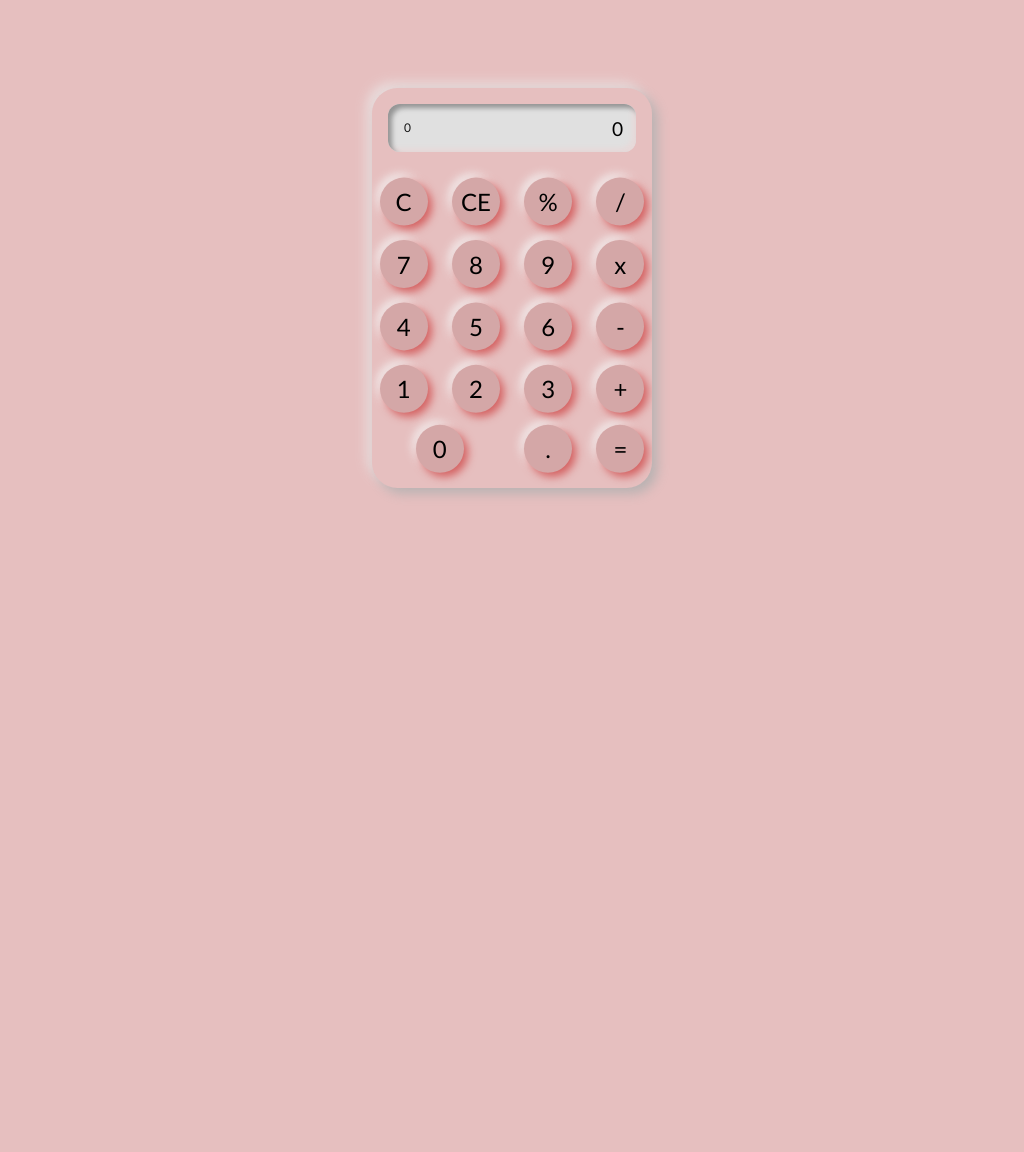
Repository: Goldmyn/Calculator
Page: index.html
These files come from the project's save history. The page is drawn as it stood at one moment and after the next save; the edit follows.
The browser window is 1280 px wide. The pictures show the whole page, at 80% of full size.

Above is the page before, as saved 2022-09-28 04:32:16.

After the next save:
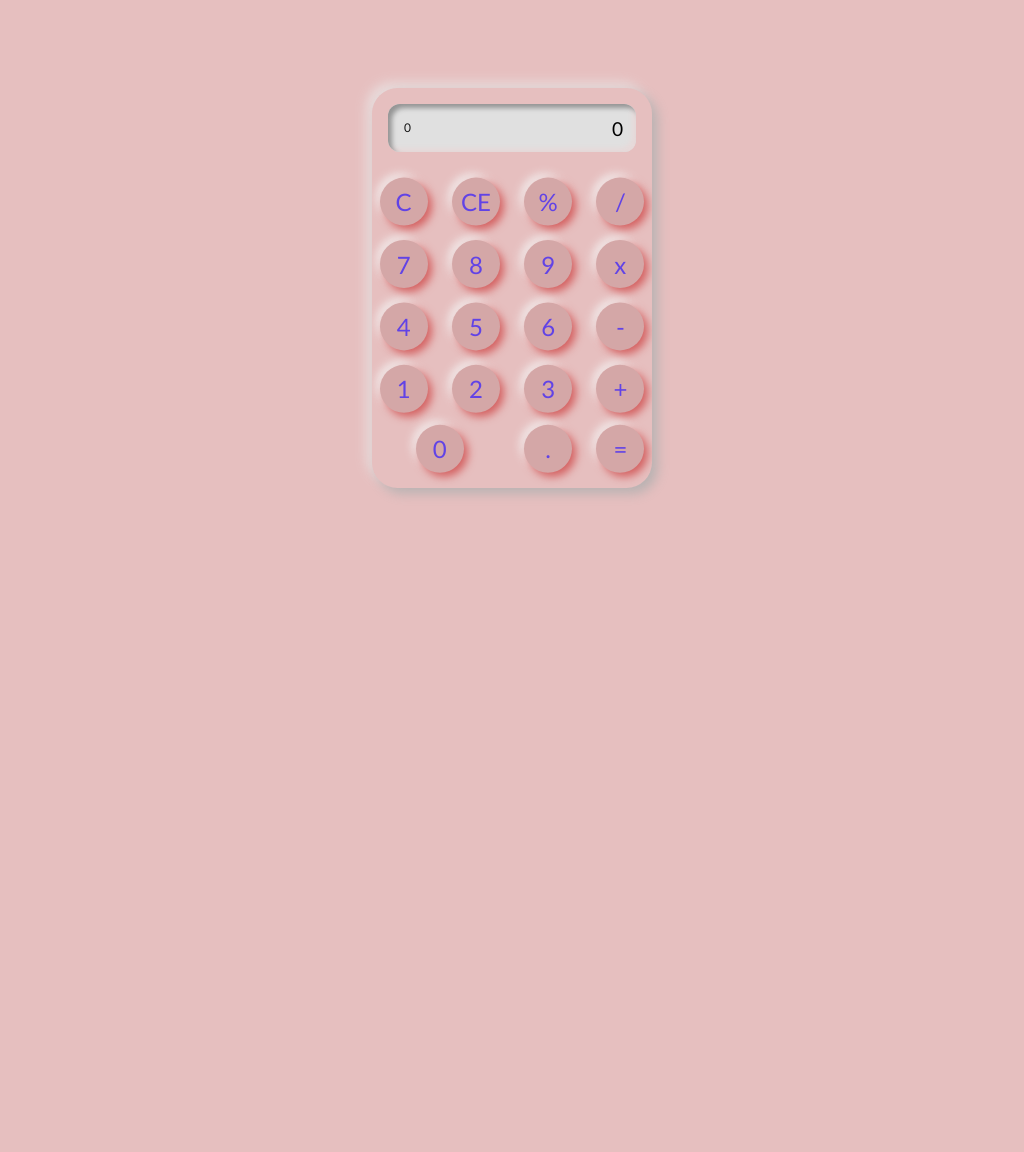
Saved 28 s later.
--- a/index.css
+++ b/index.css
@@ -61,7 +61,7 @@
   }
 
   .all_button {
-    color: rgb(0, 0, 0);
+    color: rgb(97, 67, 230);
     display: grid;
     grid-template:
       repeat(4, minmax(67px, 1fr))
